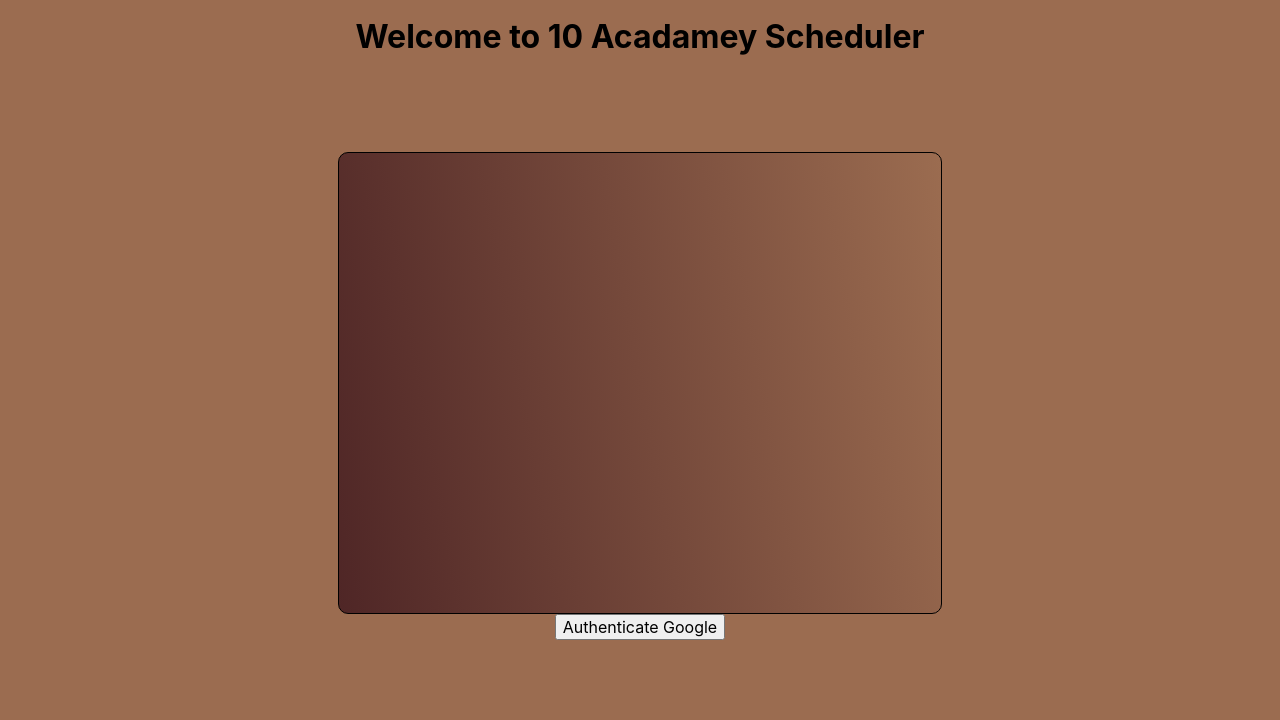
Repository: nebilarega/calendar-extractor
Page: / (app in frontend/)
An editor plug-in stored every save of this project. The page is shown before and after the next save, followed by the edit.
The browser window is 1280 px wide. The pictures show the whole page.
The project was rebuilt for these pictures with package versions that can differ from the ones it lists, and the page was loaded fresh each time.

Above is the page before, as saved 2022-08-24 23:32:29.

### frontend/src/App.js
import "./App.css";
import { GoogleOAuthProvider } from "@react-oauth/google";
import { GoogleLogin } from "@react-oauth/google";
import { useState } from "react";
import axios from "axios";

import LandingPage from "./component/LandingPage";

const sampleData = {
  submmary: "Nebil this is a new event",
  description: "A chance to hear more about Google's developer products.",
  location: "800 Howard St., San Francisco, CA 94103",
  start: "August 23, 2022 8:00 AM UTC",
  end: "August 23, 2022 9:00 AM UTC",
  hangoutLink: "meet.google.com/ysb-kjdn-hpp",
};
const App = () => {
  let url;
  const [disabled, setDisabled] = useState(false);
  const responseGoogle = (response) => {
    const code = response;
    axios
      .post("/api/create-tokens", code)
      .then((response) => {
        console.log("response", response.data);
      })
      .catch((error) => {
        console.log(error);
      });
  };
  const responseError = (response) => {
    console.log(response);
  };
  const getUrl = () => {
    axios.get("/api/create-token-v2").then((response) => {
      url = response.data.url;
      if (url) {
        setDisabled(true);
      }
      window.open(url, "_blank");
    });
  };
  const handleClick = () => {
    axios.post("/api/create-events", sampleData).then((response) => {
      console.log("response", response.data);
    });
  };
  return (
    <div className="App" style={{ height: "100vh" }}>
      <LandingPage
        disabled={disabled}
        getUrl={getUrl}
        handleClick={handleClick}
      ></LandingPage>
    </div>
  );
};

export default App;

### frontend/src/App.css
.App {
  text-align: center;
}

.App-logo {
  height: 40vmin;
  pointer-events: none;
}

@media (prefers-reduced-motion: no-preference) {
  .App-logo {
    animation: App-logo-spin infinite 20s linear;
  }
}

.App-header {
  background-color: #282c34;
  min-height: 100vh;
  display: flex;
  flex-direction: column;
  align-items: center;
  justify-content: center;
  font-size: calc(10px + 2vmin);
  color: white;
}

.App-link {
  color: #61dafb;
}

@keyframes App-logo-spin {
  from {
    transform: rotate(0deg);
  }
  to {
    transform: rotate(360deg);
  }
}
.center {
  display: flex;
  justify-content: center;
  align-items: center;
}
.academy {
  width: 100%;
  height: 50vh;
  border-radius: 10px;
  display: flex;
  flex-direction: column;
  justify-content: space-between;
  align-items: center;
  /* margin-left: 10%; */
  /* margin-right: 10%; */
}
.academy-calendar {
  margin-top: 20%;
  font-size: 30px;
}

### frontend/src/component/LandingPage.js
import "../css/landing.css";

const LandingPage = ({ disabled, handleClick, getUrl }) => {
  return (
    <div className="main">
      <header className="header">
        <span className="title"> Welcome to 10 Acadamey Scheduler</span>
      </header>
      <main className="body">
        <div className="card"></div>
        <div className="footer">
          {!disabled ? (
            <div>
              <button className="google__api" onClick={getUrl}>
                Authenticate Google
              </button>
            </div>
          ) : (
            <div>
              <button className="post__event" onClick={handleClick}>
                Post Event
              </button>
            </div>
          )}
        </div>
      </main>
    </div>
  );
};

export default LandingPage;

### frontend/src/css/landing.css
/* Box sizing rules */
*,
*::before,
*::after {
  box-sizing: border-box;
}

/* Remove default margin */
body,
h1,
h2,
h3,
h4,
p,
figure,
blockquote,
dl,
dd {
  margin: 0;
}

/* Remove list styles on ul, ol elements with a list role, which suggests default styling will be removed */
ul[role="list"],
ol[role="list"] {
  list-style: none;
}

/* Set core root defaults */
html:focus-within {
  scroll-behavior: smooth;
}

/* A elements that don't have a class get default styles */
a:not([class]) {
  text-decoration-skip-ink: auto;
}

/* Make images easier to work with */
img,
picture {
  max-width: 100%;
  display: block;
}

/* Inherit fonts for inputs and buttons */
input,
button,
textarea,
select {
  font: inherit;
}

/* The remaining page */
.main {
  width: 100%;
  height: 100%;
  background-color: #9b6c50;
}
.header {
  width: 100%;
  height: 10vh;
  background-image: linear-gradient();
  background-color: "cyan";
  display: flex;
  justify-content: center;
  align-items: center;
}
.title {
  font-size: 2rem;
  font-weight: bold;
  color: "yellow";
}
.body {
  width: 100%;
  height: 90vh;
  background-color: "gray";
  display: flex;
  flex-direction: column;
  justify-content: center;
  padding: 2.2rem;
  align-items: center;
}
.card {
  width: 50%;
  height: 80%;
  border: 1px solid black;
  display: flex;
  border: 1px solid black;
  border-radius: 10px;
  justify-content: center;
  align-items: center;
  background-image: linear-gradient(260deg, #9b6c50 0%, #4f2626 100%);
}

Loaded but not shown: frontend/public/index.html (common file); frontend/src/index.js (common file); frontend/src/index.css (common file)

After the next save:
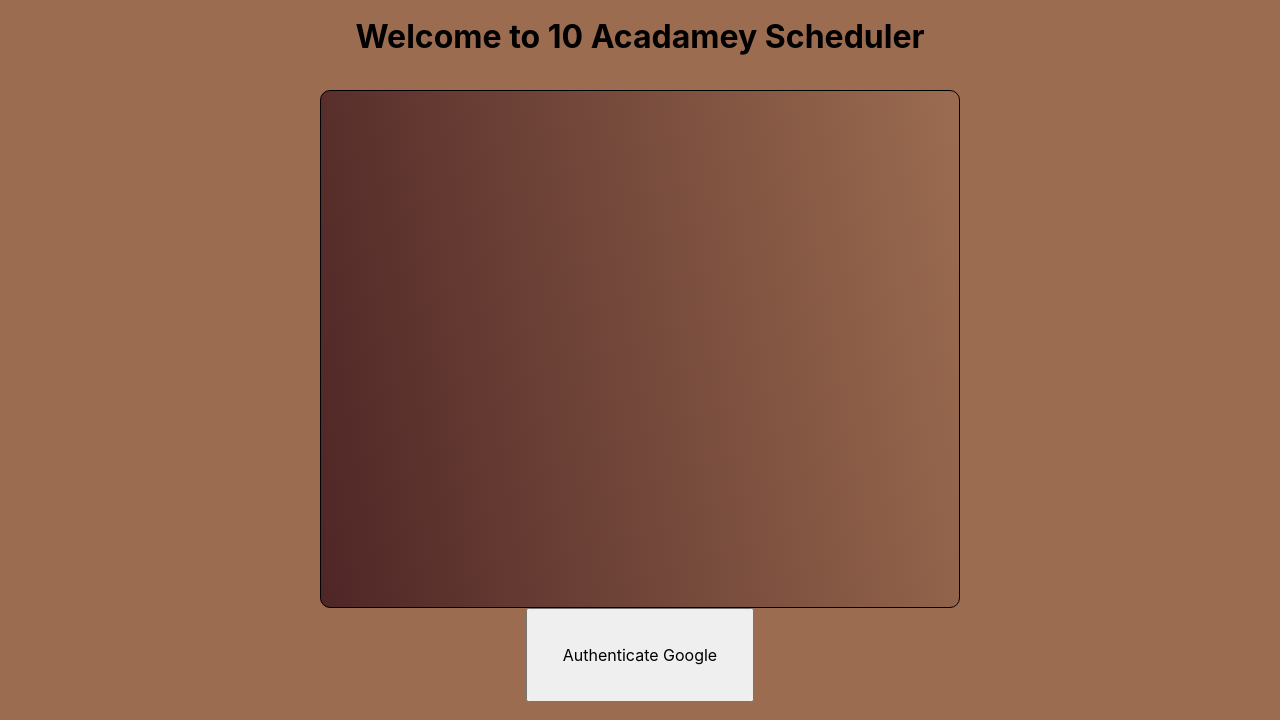
Saved 28 s later.
--- a/frontend/src/css/landing.css
+++ b/frontend/src/css/landing.css
@@ -77,7 +77,6 @@
   display: flex;
   flex-direction: column;
   justify-content: center;
-  padding: 2.2rem;
   align-items: center;
 }
 .card {
@@ -91,3 +90,6 @@
   align-items: center;
   background-image: linear-gradient(260deg, #9b6c50 0%, #4f2626 100%);
 }
+button {
+  padding: 2.2rem;
+}
